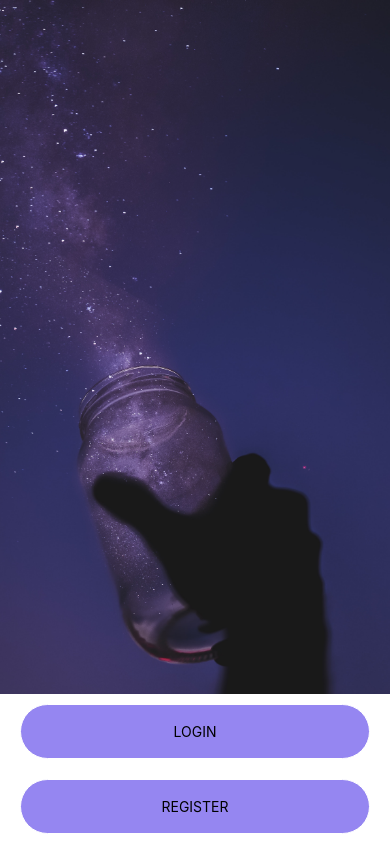
Repository: farrelmuhammad/project-react-native
Screen: /
An editor plug-in stored every save of this project. The screen is shown before and after the next save, followed by the edit.
The app was drawn by React Native's web renderer in a window 390 px wide. The project was rebuilt for these pictures with package versions that can differ from the ones it lists, and the page was loaded fresh each time.

Above is the screen before, as saved 2023-01-09 11:57:36.

### App.js
import { StatusBar } from 'expo-status-bar';
import styles from './styles'
import Svg, { Image } from 'react-native-svg';
import { Dimensions, StyleSheet, Text, View } from 'react-native';

export default function App() {
  const { height, width } = Dimensions.get('window');

  return (
    <View style={styles.container}>
      <View style={StyleSheet.absoluteFill}>
        <Svg height={height} width={width}>
          <Image
            href={require('./assets/login-background.jpg')}
            width={width}
            height={height}
            preserveAspectRatio="xMidYMid slice"
          />
        </Svg>
        <View style={styles.button}>
          <Text style={styles.buttonText}>LOGIN</Text>
        </View>
        <View style={styles.button}>
          <Text style={styles.buttonText}>REGISTER</Text>
        </View>
      </View>
    </View>
  );
}

### styles.js
import { StyleSheet, Text, View } from 'react-native';

const styles = StyleSheet.create({
    container: {
        flex: 1,
        justifyContent: 'flex-end',
    },
    button: {
        backgroundColor: 'rgba(123, 104, 238, 0.8)',
        height: 55,
        alignItems: 'center',
        justifyContent: 'center',
        borderRadius: 35,
        marginHorizontal: 20,
        marginVertical: 10,
        borderWidth: 1,
        borderColor: 'white'
    }
});

export default styles;

After the next save:
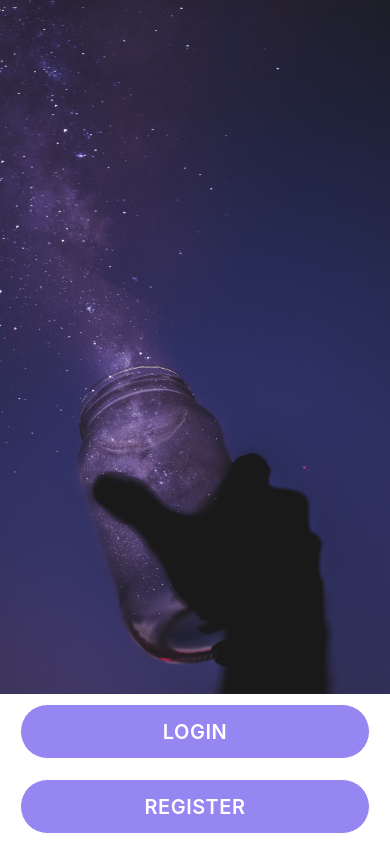
Saved 82 s later.
--- a/styles.js
+++ b/styles.js
@@ -15,6 +15,12 @@ const styles = StyleSheet.create({
         marginVertical: 10,
         borderWidth: 1,
         borderColor: 'white'
+    },
+    buttonText: {
+        fontSize: 20,
+        fontWeight: '600',
+        color: 'white',
+        letterSpacing: 0.5
     }
 });
 
